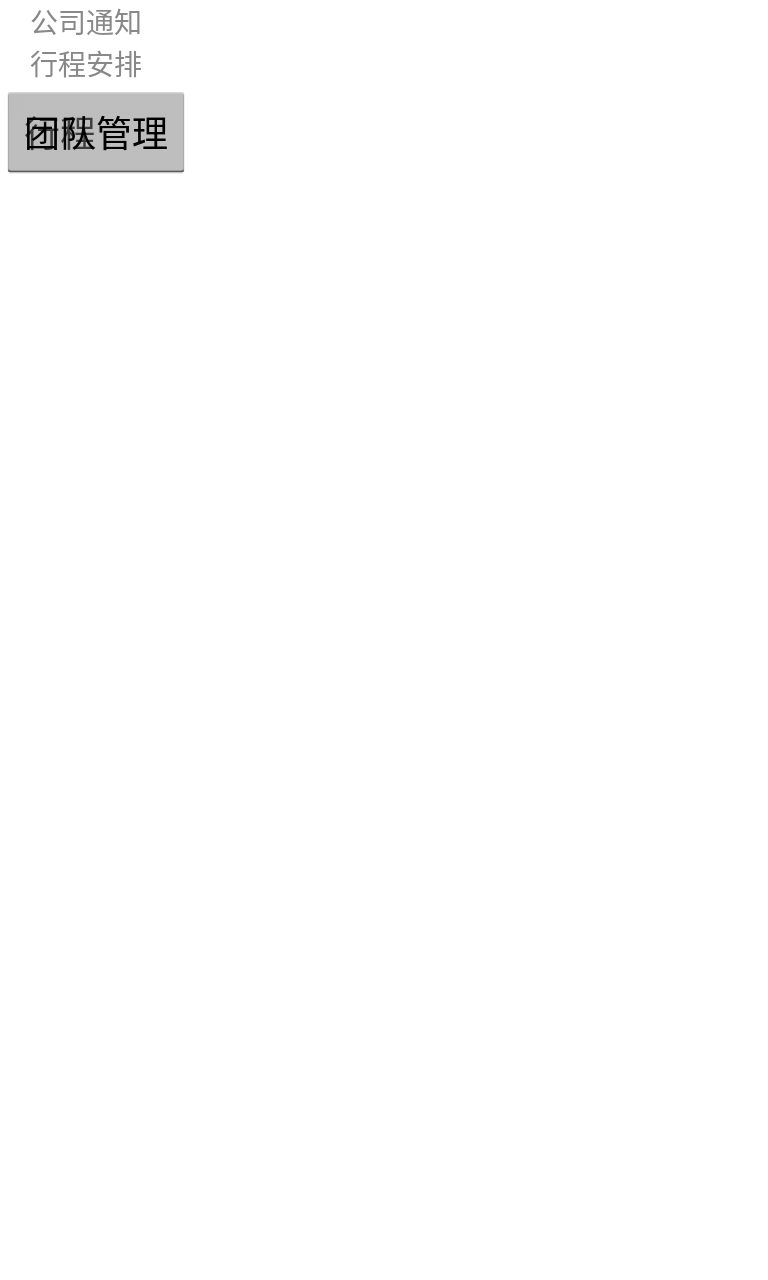
Repository: berserklee/android_dev
Layout: TourGuidesAssist/res/layout/main_activity_layout.xml
These files come from the project's save history. The layout is drawn as it stood at one moment and after the next save; the edit follows.
It is drawn on a 768 x 1280 px phone screen (xhdpi) without system bars, with theme AppTheme; the app's code is not run.

Above is the layout before, as saved 2015-04-28 17:40:08.

After the next save:
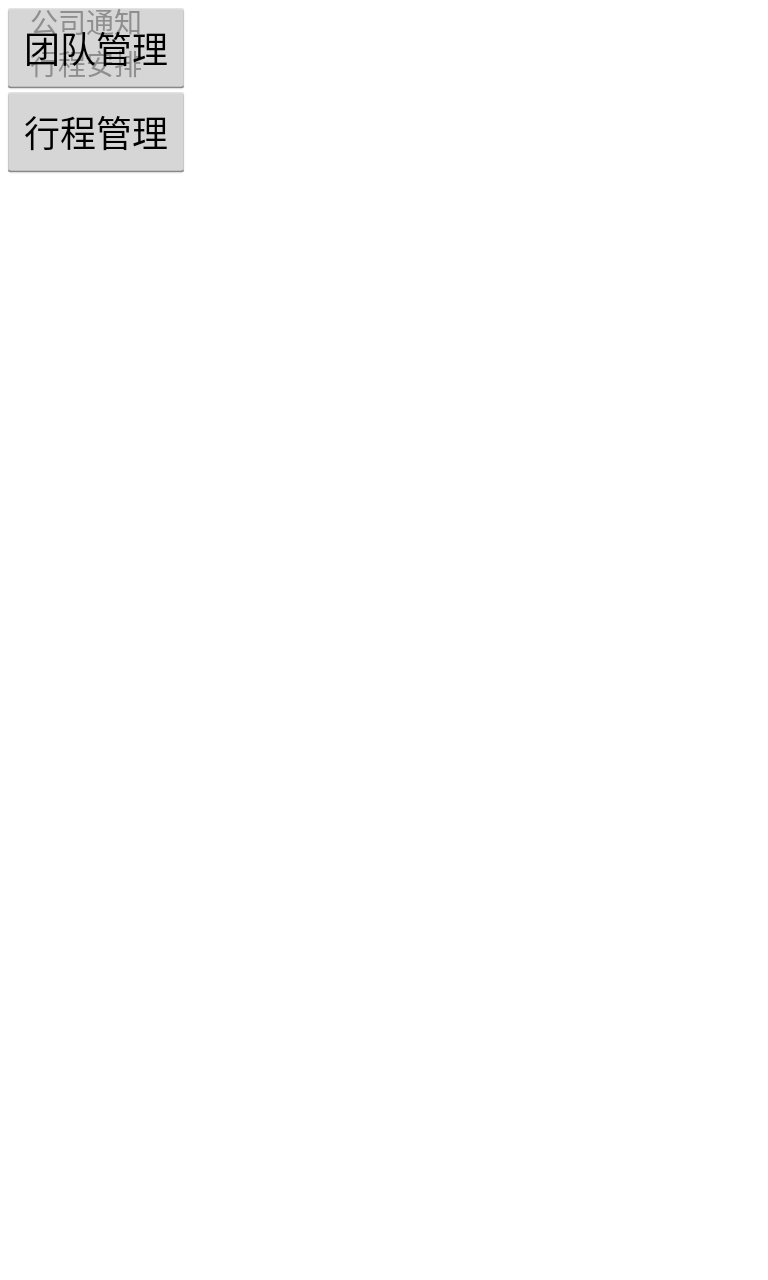
Saved 9 s later.
--- a/TourGuidesAssist/res/layout/main_activity_layout.xml
+++ b/TourGuidesAssist/res/layout/main_activity_layout.xml
@@ -32,7 +32,7 @@
         android:id="@+id/team_mng_button"
         android:layout_width="wrap_content"
         android:layout_height="wrap_content"
-        android:layout_below="@id/journey_list"
+
         android:layout_alignRight="@+id/journey_mng_button"
         android:text="@string/main_btn_team_mng"  />
 </RelativeLayout>
